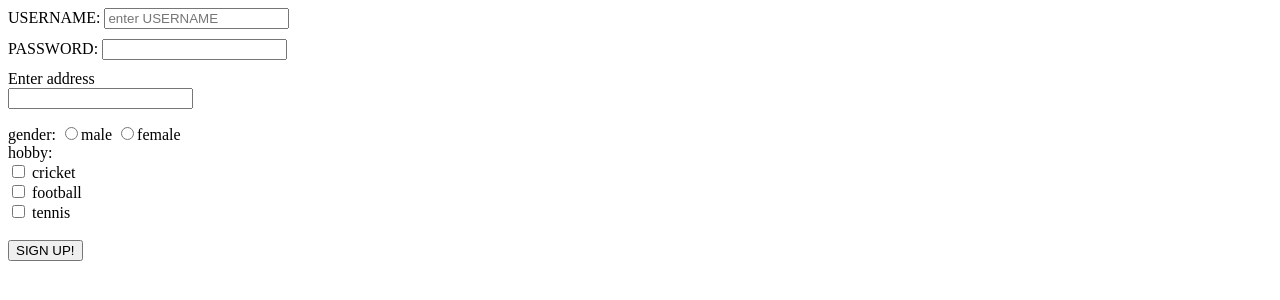
Repository: mirambialex/myform
Page: website/INDEX.HTML
An editor plug-in stored every save of this project. The page is shown before and after a run of saves, followed by the edit.
The browser window is 1280 px wide. The pictures show the whole page.

Above is the page before, as saved 2024-04-11 10:18:00.

### website/INDEX.HTML
<!DOCTYPE html>
<html lang="en">
<head>

    <title>WEBPAGE DESIGN</title>
    <LINK REL="STYLESHEET" HREF="STYLE.CSS">
</head>
<body>

 <DIV class="MAIN">USERNAME: <INPUT TYPE="TEXT" placeholder="enter USERNAME"> <br/>
 </DIV>
 <DIV class="A"> PASSWORD: <INPUT TYPE="PASSWORD" NAME="PASSWORD"> <br/></DIV>
 Enter address <br/>
<DIV CLASS="B"><input type="text" name="enter your address"></DIV>

<div class="d">
<LAbe for="gender">gender: </LAbel>
<INPUT type="radio" ID="GENDER" name="GENDER" VALUE="male"/>male
<INPUT type="radio" ID="GENDER" name="GENDER" VALUE="female"/>female <br/>
</div>
<div class="e">
hobby:<br>
<input type="checkbox" id="cricket" name="cricket" value="cricket"/>
<label for="cricket">cricket</label> <br>
<input type="checkbox" id="football" name="football" value="football"/>
<label for="football">football</label> <br>
<input type="checkbox" id="tennis" name="tennis" value="tennis"/>
<label for="tennis">tennis</label> <br>
<br/>
<DIV class="C"><BUTTon>SIGN UP!</BUTTon></DIV>
</div>
 </body>
</html>

### website/STYLE.CSS
.MAIN{
    margin-bottom: 0.8%;
}
.A{
    margin-bottom: 0.8%;
}
.c{
    margin-top: 0.5%;
}
.d{
    margin-top: 1.2%;

}

After the next 5 saves:
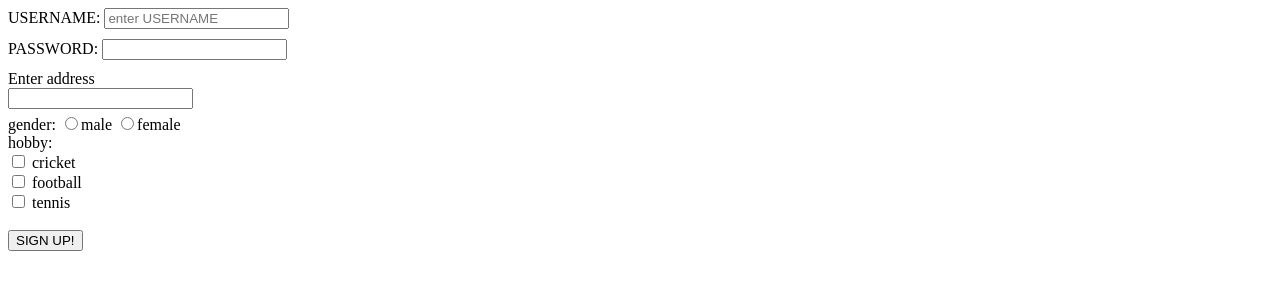
The 5 saves are shown as one change because they came seconds apart.
The last was saved 69 s later.
--- a/website/STYLE.CSS
+++ b/website/STYLE.CSS
@@ -8,6 +8,6 @@
     margin-top: 0.5%;
 }
 .d{
-    margin-top: 1.2%;
+    margin-top: 0.4%;
 
 }
